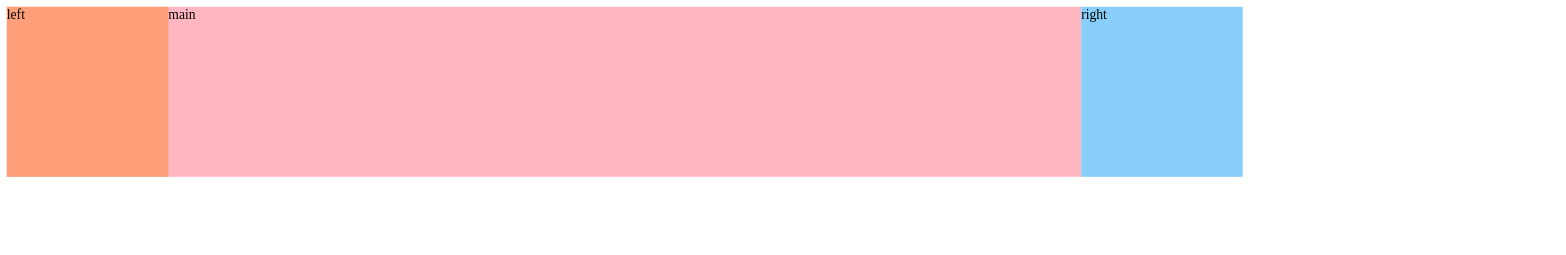
Repository: ljwrookie/Front-end-interview-handwritten-code
Page: 双飞翼布局.html
These files come from the project's save history. The page is drawn as it stood at one moment and after the next save; the edit follows.
The browser window is 1280 px wide. The page is 1462 px wide, then 1842 px, so the pictures cover 1842 px, including what lies to the right of the window. The pictures show the whole page, at 85% of full size.

Above is the page before, as saved 2022-04-07 14:07:45.

### 双飞翼布局.html
<!DOCTYPE html>
<html lang="en">
	<head>
		<meta charset="UTF-8" />
		<meta http-equiv="X-UA-Compatible" content="IE=edge" />
		<meta name="viewport" content="width=device-width, initial-scale=1.0" />
		<title>双飞翼布局</title>
		<style>
			.float {
				float: left;
			}
			#main {
				width: 100%;
				height: 200px;
				background-color: lightpink;
			}
			#main-wrap {
				width: 100%;
				margin: 0 190px 0 190px;
			}
			#left {
				width: 190px;
				height: 200px;
				background-color: lightsalmon;
				margin-left: -100%;
			}
			#right {
				width: 190px;
				height: 200px;
				background-color: lightskyblue;
				margin-right: -190px;
			}
		</style>
	</head>
	<body>
		<div id="main" class="float">
			<div id="main-wrap">main</div>
		</div>
		<div id="left" class="float">left</div>
		<div id="right" class="float">right</div>
	</body>
</html>

After the next save:
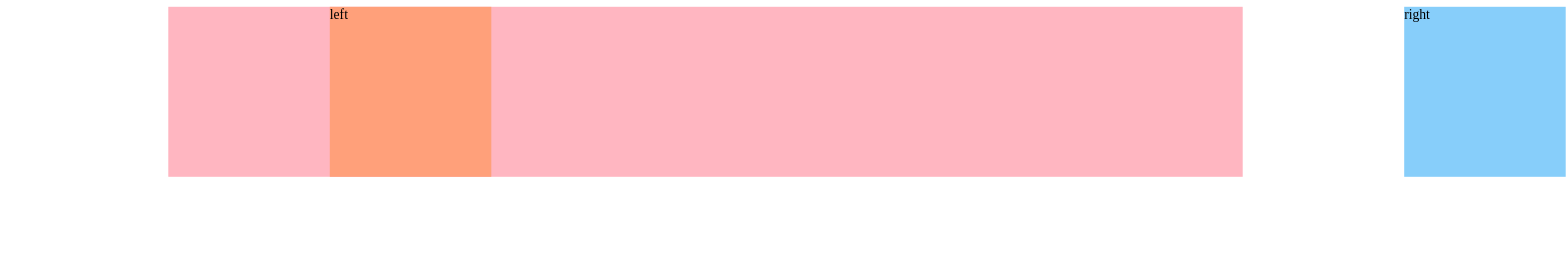
Saved 10 s later.
--- a/双飞翼布局.html
+++ b/双飞翼布局.html
@@ -12,10 +12,11 @@
 			#main {
 				width: 100%;
 				height: 200px;
+				margin: 0 190px 0 190px;
 				background-color: lightpink;
 			}
 			#main-wrap {
-				width: 100%;
+				/* width: 100%; */
 				margin: 0 190px 0 190px;
 			}
 			#left {
